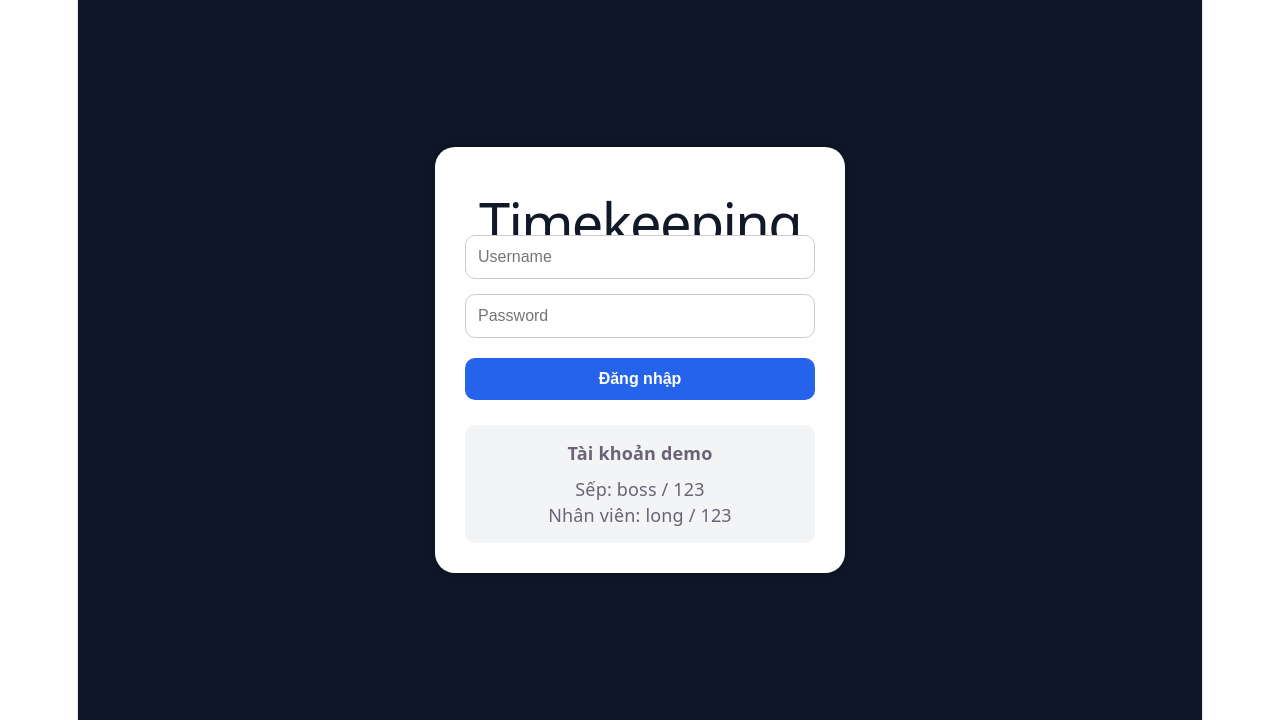
Repository: lgitacc01/timekeeping
Page: / (app in frontend/)
The author's editor kept a copy of each file at every save. The page is drawn from the files as they stood at one save, then again after the next save.
The browser window is 1280 px wide. The pictures show the whole page.
The project was rebuilt for these pictures with package versions that can differ from the ones it lists, and the page was loaded fresh each time. Also part of the build but not shown: frontend/vite.config.js, frontend/src/pages/EmployeeDashboard.jsx, frontend/src/pages/ManagerDashboard.jsx.

Above is the page before, as saved 2026-05-25 22:30:35.

After the next save:
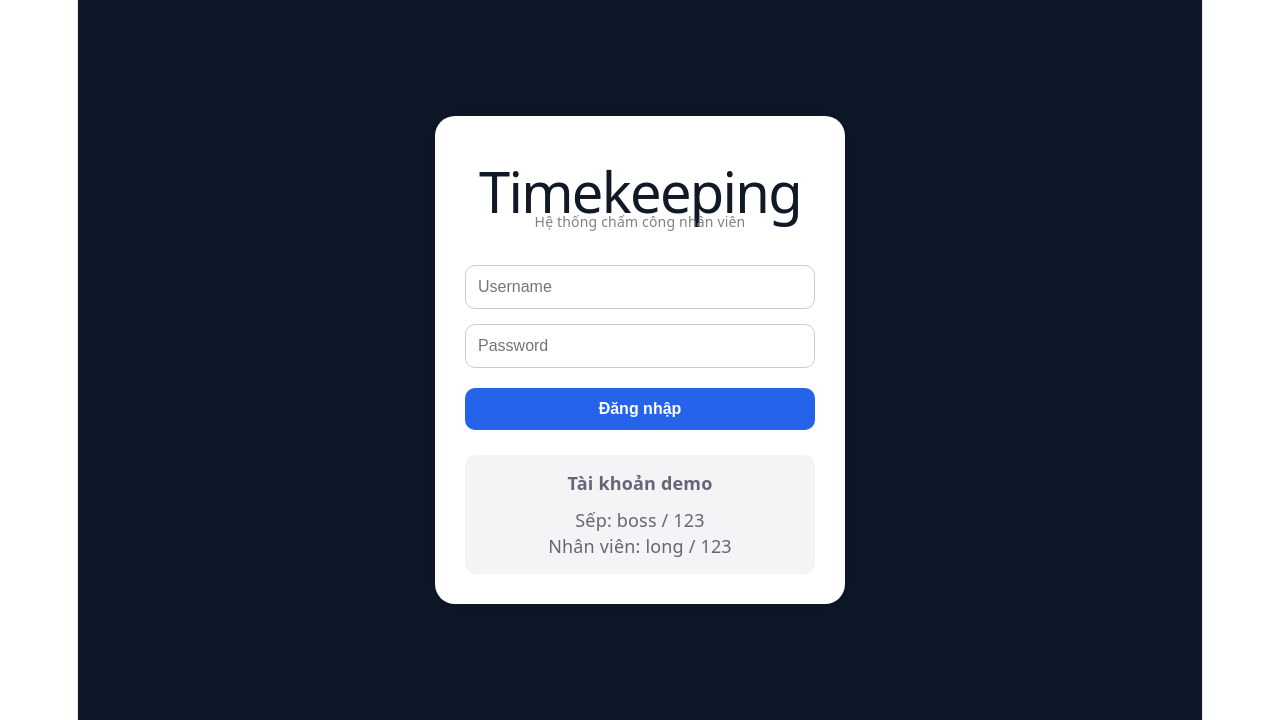
Saved 7 s later.
--- a/frontend/src/pages/Login.jsx
+++ b/frontend/src/pages/Login.jsx
@@ -66,13 +66,24 @@ function Login() {
                 <h1
                     style={{
                         textAlign: "center",
-                        marginBottom: 0,
+                        marginBottom: 10,
                         color: "#111827"
                     }}
                 >
                     Timekeeping
                 </h1>
 
+                <p
+                    style={{
+                        textAlign: "center",
+                        color: "gray",
+                        marginTop: -5,
+                        marginBottom: 30,
+                        fontSize: 14
+                    }}
+                >
+                    Hệ thống chấm công nhân viên
+                </p>
 
                 <input
                     placeholder="Username"
